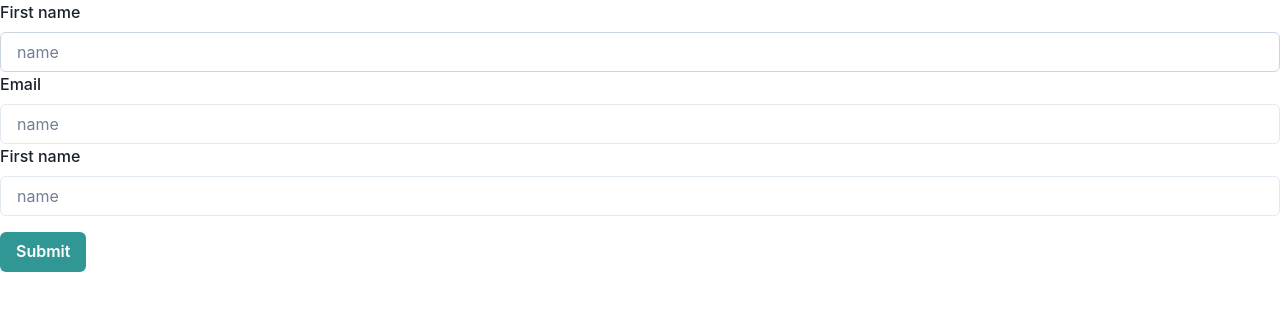
Repository: shash0708/attendence
Page: /form
These files come from the project's save history. The page is drawn as it stood at one moment and after the next save; the edit follows.
The browser window is 1280 px wide. The pictures show the whole page.
The project was rebuilt for these pictures with package versions that can differ from the ones it lists, and the page was loaded fresh each time. Also part of the build but not shown: src/App.css, client/src/components/Navbar/Navbar.component.jsx, src/components/Button/Button.component.jsx, src/components/Login/Login.component.jsx, src/components/homeProp/HomeProp.styles.scss, src/components/homeProp/HomeProp.component.jsx, src/routes/Home/Home.styles.scss, src/routes/Home/Home.component.jsx and 2 more.

Above is the page before, as saved 2024-04-06 21:49:01.

### src/index.js
import React from 'react';
import ReactDOM from 'react-dom/client';
import './index.css';
import App from './App';
import reportWebVitals from './reportWebVitals';
import { BrowserRouter } from 'react-router-dom';
import { ChakraProvider } from '@chakra-ui/react'

const root = ReactDOM.createRoot(document.getElementById('root'));
root.render(
  <React.StrictMode>
  <BrowserRouter>
<ChakraProvider>
    <App />
    </ChakraProvider>
    </BrowserRouter>

  </React.StrictMode>
);

// If you want to start measuring performance in your app, pass a function
// to log results (for example: reportWebVitals(console.log))
// or send to an analytics endpoint. Learn more: https://bit.ly/CRA-vitals
reportWebVitals();

### src/App.js
import './App.css';
import Home from './routes/Home/Home.component.jsx'
import { Routes,Route} from 'react-router-dom';
import Authentication from './routes/Authentication/Authentication.component';
import Form from './components/Form/From.component.jsx';

function App() {
  return (
    <Routes>
    <Route index element={<Home/>}/>

    <Route path='auth' element={<Authentication/>}/>
    <Route path='form' element={<Form/>}/>
    </Routes>
  );
}

export default App;

### src/components/Form/From.component.jsx
import { useForm } from 'react-hook-form'
import {
  FormErrorMessage,
  FormLabel,
  FormControl,
  Input,
  Button,
} from '@chakra-ui/react'

export default function Form() {
  const {
    handleSubmit,
    register,
    formState: { errors, isSubmitting },
  } = useForm()

  function onSubmit(values) {
    return new Promise((resolve) => {
      setTimeout(() => {
        alert(JSON.stringify(values, null, 2))
        resolve()
      }, 3000)
    })
  }

  return (
    <form onSubmit={handleSubmit(onSubmit)}>
      <FormControl isInvalid={errors.name}>
        <FormLabel htmlFor='name'>First name</FormLabel>
        <Input
          id='name'
          placeholder='name'
          {...register('name', {
            required: 'This is required',
            minLength: { value: 4, message: 'Minimum length should be 4' },
          })}
        />
        <FormErrorMessage>
          {errors.name && errors.name.message}
        </FormErrorMessage>
      </FormControl>
      <FormControl isInvalid={errors.name}>
        <FormLabel htmlFor='name'>Email</FormLabel>
        <Input
          id='name'
          placeholder='name'
          {...register('name', {
            required: 'This is required',
            minLength: { value: 4, message: 'Minimum length should be 4' },
          })}
        />
        <FormErrorMessage>
          {errors.name && errors.name.message}
        </FormErrorMessage>
      </FormControl>

      <FormControl isInvalid={errors.name}>
        <FormLabel htmlFor='name'>First name</FormLabel>
        <Input
          id='name'
          placeholder='name'
          {...register('name', {
            required: 'This is required',
            minLength: { value: 4, message: 'Minimum length should be 4' },
          })}
        />
        <FormErrorMessage>
          {errors.name && errors.name.message}
        </FormErrorMessage>
      </FormControl>
      <Button mt={4} colorScheme='teal' isLoading={isSubmitting} type='submit'>
        Submit
      </Button>
    </form>
  )
}

Loaded but not shown: public/index.html (common file); src/index.css (common file); src/reportWebVitals.js (common file)

After the next save:
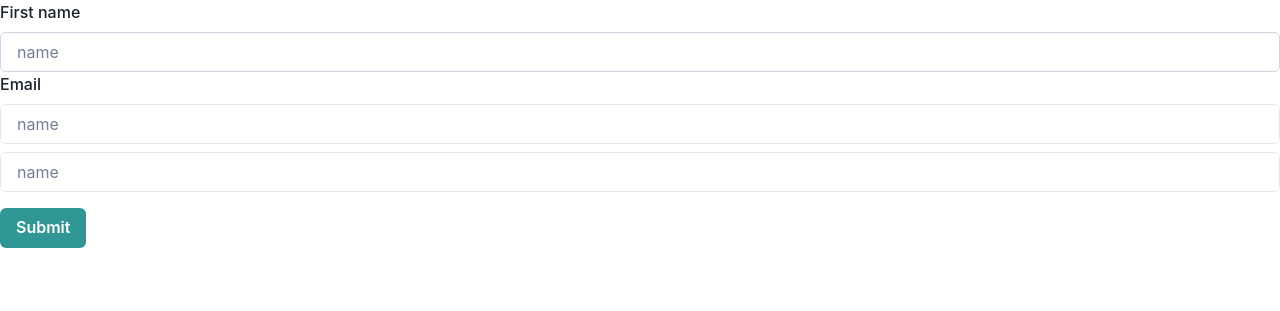
Saved 4 s later.
--- a/src/components/Form/From.component.jsx
+++ b/src/components/Form/From.component.jsx
@@ -55,7 +55,7 @@ export default function Form() {
       </FormControl>
 
       <FormControl isInvalid={errors.name}>
-        <FormLabel htmlFor='name'>First name</FormLabel>
+        <FormLabel htmlFor='name'></FormLabel>
         <Input
           id='name'
           placeholder='name'
